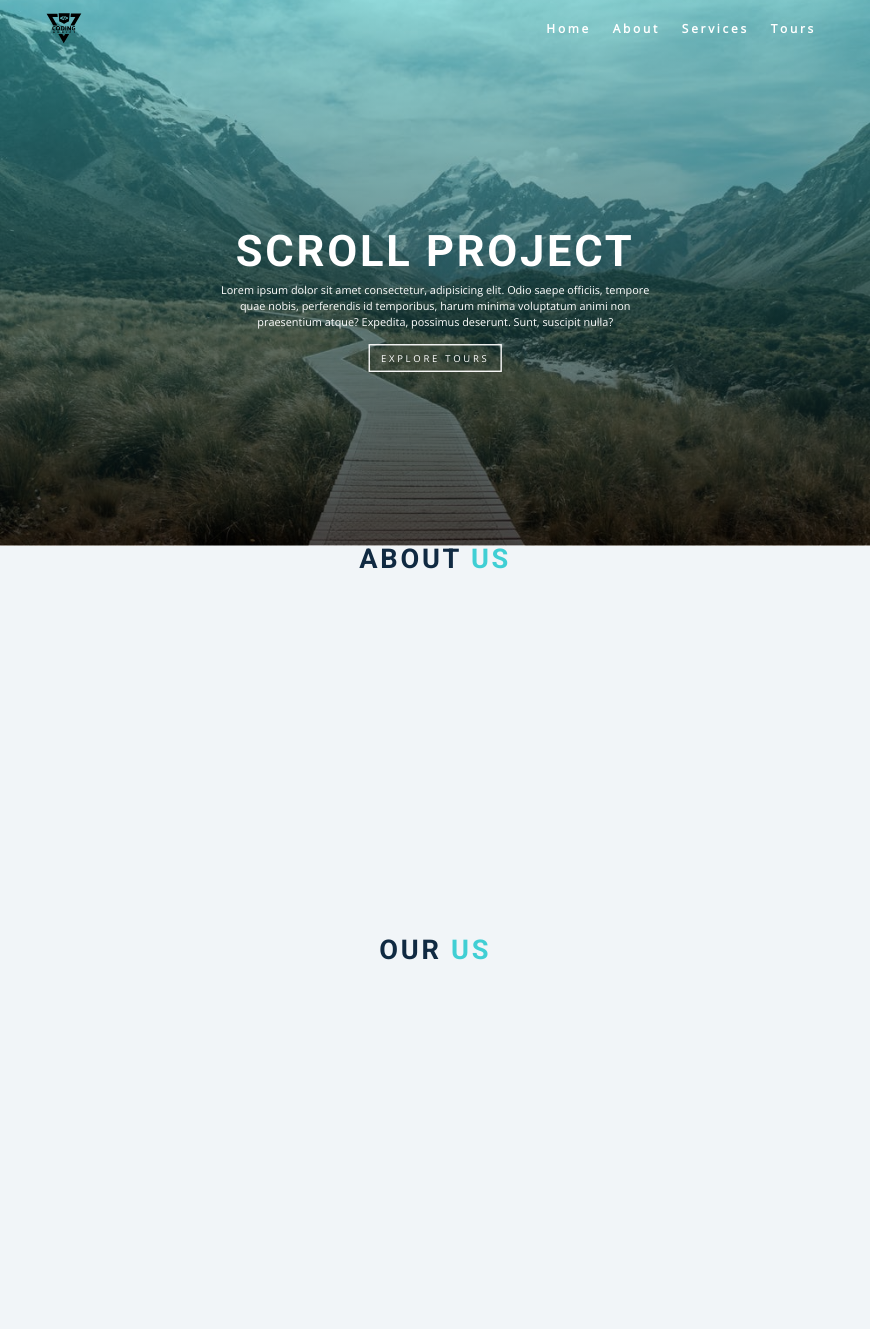
Repository: spidero7/Scroll
Page: index.html
The author's editor kept a copy of each file at every save. The page is drawn from the files as they stood at one save, then again after the next save.
The browser window is 1280 px wide. The pictures show the whole page, at 68% of full size.
Some web libraries are served in a nearby version.

Above is the page before, as saved 2021-10-07 07:41:22.

### index.html
<!DOCTYPE html>
<html lang="en">
<head>
    <meta charset="UTF-8">
    <meta http-equiv="X-UA-Compatible" content="IE=edge">
    <meta name="viewport" content="width=device-width, initial-scale=1.0">
    <title>Scroll</title>
    <link rel="stylesheet" href="styles.css">
    <link rel="stylesheet" href="https://cdnjs.cloudflare.com/ajax/libs/font-awesome/5.14.0/css/all.min.css">
</head>
<body>
    <!-- header  -->
    <header id="home">
        <!-- navbar -->
        <nav id="nav">
            <div class="nav-center">
                <!-- nav header  -->
                <div class="nav-header">
                    <img src="./imgs/logo.svg" alt="logo" class="logo"/>
                    <button class="nav-toggle">
                        <i class="fas fa-bars"></i>
                    </button>
                </div>
                <!-- links -->
                <div class="links-container">
                    <ul class="links">
                        <li>
                          <a href="#home" class="scroll-link">home</a>
                        </li>
                        <li>
                          <a href="#about" class="scroll-link">about</a>
                        </li>
                        <li>
                          <a href="#services" class="scroll-link">services</a>
                        </li>
                        <li>
                          <a href="#tours" class="scroll-link">tours</a>
                        </li>
                      </ul>
                </div>
            </div>
        </nav>
        <!-- banner -->
        <div class="banner">
            <div class="container">
                <h1>scroll project</h1>
                <p>
                    Lorem ipsum dolor sit amet consectetur, adipisicing elit. Odio saepe officiis,
                    tempore quae nobis, perferendis id temporibus, harum minima voluptatum animi non
                    praesentium atque? Expedita, possimus deserunt. Sunt, suscipit nulla?
                </p>
                <a href="#tours" class="scroll-link btn btn-white">
                    explore tours
                </a>
            </div>
        </div>
    </header>
    <!-- about -->
    <section id="about" class="section">
        <div class="title">
            <h2>about <span>us</span></h2>
        </div>
    </section>
    <!-- services -->
    <section id="about" class="section">
        <div class="title">
            <h2>our <span>us</span></h2>
        </div>
    </section>
    <script src="app.js"></script>
</body>
</html>

### styles.css
/*
===============
Fonts
===============
*/
@import url("https://fonts.googleapis.com/css?family=Open+Sans|Roboto:400,700&display=swap");

/*
===============
Variables
===============
*/

:root {
  /* dark shades of primary color*/
  --clr-primary-1: hsl(205, 86%, 17%);
  --clr-primary-2: hsl(205, 77%, 27%);
  --clr-primary-3: hsl(205, 72%, 37%);
  --clr-primary-4: hsl(205, 63%, 48%);
  /* primary/main color */
  --clr-primary-5: #49a6e9;
  /* lighter shades of primary color */
  --clr-primary-6: hsl(205, 89%, 70%);
  --clr-primary-7: hsl(205, 90%, 76%);
  --clr-primary-8: hsl(205, 86%, 81%);
  --clr-primary-9: hsl(205, 90%, 88%);
  --clr-primary-10: hsl(205, 100%, 96%);
  /* darkest grey - used for headings */
  --clr-grey-1: hsl(209, 61%, 16%);
  --clr-grey-2: hsl(211, 39%, 23%);
  --clr-grey-3: hsl(209, 34%, 30%);
  --clr-grey-4: hsl(209, 28%, 39%);
  /* grey used for paragraphs */
  --clr-grey-5: hsl(210, 22%, 49%);
  --clr-grey-6: hsl(209, 23%, 60%);
  --clr-grey-7: hsl(211, 27%, 70%);
  --clr-grey-8: hsl(210, 31%, 80%);
  --clr-grey-9: hsl(212, 33%, 89%);
  --clr-grey-10: hsl(210, 36%, 96%);
  --clr-white: #fff;
  --clr-red-dark: hsl(360, 67%, 44%);
  --clr-red-light: hsl(360, 71%, 66%);
  --clr-green-dark: hsl(125, 67%, 44%);
  --clr-green-light: hsl(125, 71%, 66%);
  --clr-secondary: hsla(182, 63%, 54%);
  --clr-black: #222;
  --ff-primary: "Roboto", sans-serif;
  --ff-secondary: "Open Sans", sans-serif;
  --transition: all 0.3s linear;
  --spacing: 0.25rem;
  --radius: 0.5rem;
  --light-shadow: 0 5px 15px rgba(0, 0, 0, 0.1);
  --dark-shadow: 0 5px 15px rgba(0, 0, 0, 0.2);
  --max-width: 1170px;
  --fixed-width: 620px;
}
/*
===============
Global Styles
===============
*/
html {
  scroll-behavior: smooth;
}
*,
::after,
::before {
  margin: 0;
  padding: 0;
  box-sizing: border-box;
}
body {
  font-family: var(--ff-secondary);
  background: var(--clr-grey-10);
  color: var(--clr-grey-1);
  line-height: 1.5;
  font-size: 0.875rem;
}
ul {
  list-style-type: none;
}
a {
  text-decoration: none;
}
img:not(.logo) {
  width: 100%;
}
img {
  display: block;
}

h1,
h2,
h3,
h4 {
  letter-spacing: var(--spacing);
  text-transform: capitalize;
  line-height: 1.25;
  margin-bottom: 0.75rem;
  font-family: var(--ff-primary);
}
h1 {
  font-size: 3rem;
}
h2 {
  font-size: 2rem;
}
h3 {
  font-size: 1.25rem;
}
h4 {
  font-size: 0.875rem;
}
p {
  margin-bottom: 1.25rem;
  color: var(--clr-grey-5);
}
@media screen and (min-width: 800px) {
  h1 {
    font-size: 4rem;
  }
  h2 {
    font-size: 2.5rem;
  }
  h3 {
    font-size: 1.75rem;
  }
  h4 {
    font-size: 1rem;
  }
  body {
    font-size: 1rem;
  }
  h1,
  h2,
  h3,
  h4 {
    line-height: 1;
  }
}
/*  global classes */

.btn {
  text-transform: uppercase;
  background: transparent;
  color: var(--clr-black);
  padding: 0.375rem 0.75rem;
  letter-spacing: var(--spacing);
  display: inline-block;
  transition: var(--transition);
  font-size: 0.875rem;
  border: 2px solid var(--clr-black);
  cursor: pointer;
  box-shadow: 0 1px 3px rgba(0, 0, 0, 0.2);
  border-radius: var(--radius);
}
.btn:hover {
  color: var(--clr-white);
  background: var(--clr-black);
}
.btn-white {
  color: var(--clr-white);
  border-color: var(--clr-white);
  border-radius: 0;
  padding: 0.5rem 1rem;
}
.btn:hover {
  background: var(--clr-white);
  color: var(--clr-secondary);
}
/* section */
.section {
  padding-bottom: 5rem;
}

.section-center {
  width: 90vw;
  margin: 0 auto;
  max-width: 1170px;
}
@media screen and (min-width: 992px) {
  .section-center {
    width: 95vw;
  }
}
main {
  min-height: 100vh;
  display: grid;
  place-items: center;
}
/*
===============
Scroll
===============
*/
/* navbar */
nav {
  background: var(--clr-white);
  padding: 1rem 1.5rem;
}
/* fixed nav */
.fixed-nav {
  position: fixed;
  top: 0;
  left: 0;
  width: 100%;
  background: var(--clr-white);
  box-shadow: var(--light-shadow);
}
.fixed-nav .links a {
  color: var(--clr-grey-1);
}
.fixed-nav .links a:hover {
  color: var(--clr-secondary);
}
/* .fixed-nav .links-container {
  height: auto !important;
} */
.nav-header {
  display: flex;
  align-items: center;
  justify-content: space-between;
}
.nav-toggle {
  font-size: 1.5rem;
  color: var(--clr-grey-1);
  background: transparent;
  border-color: transparent;
  transition: var(--transition);
  cursor: pointer;
}
.nav-toggle:hover {
  color: var(--clr-secondary);
}
.logo {
  height: 50px;
}
.links-container {
  height: 0;
  overflow: hidden;
  transition: var(--transition);
}
.show-links {
  height: 200px;
}
.links a {
  background: var(--clr-white);
  color: var(--clr-grey-5);
  font-size: 1.1rem;
  text-transform: capitalize;
  letter-spacing: var(--spacing);
  display: block;
  transition: var(--transition);
  font-weight: bold;
  padding: 0.75rem 0;
}
.links a:hover {
  color: var(--clr-grey-1);
}
@media screen and (min-width: 800px) {
  nav {
    background: transparent;
  }
  .nav-center {
    width: 90vw;
    max-width: 1170px;
    margin: 0 auto;
    display: flex;
    align-items: center;
    justify-content: space-between;
  }
  .nav-header {
    padding: 0;
  }
  .nav-toggle {
    display: none;
  }
  .links-container {
    height: auto !important;
  }
  .links {
    display: flex;
  }
  .links a {
    background: transparent;
    color: var(--clr-white);
    font-size: 1.1rem;
    text-transform: capitalize;
    letter-spacing: var(--spacing);
    display: block;
    transition: var(--transition);
    margin: 0 1rem;
    font-weight: bold;
    padding: 0;
  }
  .links a:hover {
    color: var(--clr-white);
  }
}
/* hero */
header {
  min-height: 100vh;
  background: linear-gradient(rgba(63, 208, 212, 0.5), rgba(0, 0, 0, 0.7)),
    url(./imgs/hero-bcg.jpeg) center/cover no-repeat;
}
.banner {
  min-height: 100vh;
  display: grid;
  place-items: center;
  text-align: center;
}
.container h1 {
  color: var(--clr-white);
  text-transform: uppercase;
}
.container p {
  color: var(--clr-white);
  max-width: 25rem;
  margin: 0 auto;
  margin-bottom: 1.25rem;
}
@media screen and (min-width: 768px) {
  .container p {
    max-width: 40rem;
  }
}
/* sections and title */
.title h2 {
  text-align: center;
  text-transform: uppercase;
}
.title span {
  color: var(--clr-secondary);
}
#about,
#services,
#tours {
  height: 80vh;
}
#services {
  background: var(--clr-white);
}
footer {
  background: var(--clr-grey-1);
  padding: 5rem 1rem;
}
footer p {
  color: var(--clr-white);
  text-align: center;
  text-transform: capitalize;
  letter-spacing: var(--spacing);
  margin-bottom: 0;
}

.top-link {
  font-size: 1.25rem;
  position: fixed;
  bottom: 3rem;
  right: 3rem;
  background: var(--clr-secondary);
  width: 2rem;
  height: 2rem;
  display: grid;
  place-items: center;
  border-radius: var(--radius);
  color: var(--clr-white);
  animation: bounce 2s ease-in-out infinite;

  visibility: hidden;
  z-index: -100;
}
.show-link {
  visibility: visible;
  z-index: 100;
}

@keyframes bounce {
  0% {
    transform: scale(1);
  }
  50% {
    transform: scale(1.5);
  }
  100% {
    transform: scale(1);
  }
}

Loaded but not shown: app.js (no stored copy; drawn as an empty file)

After the next save:
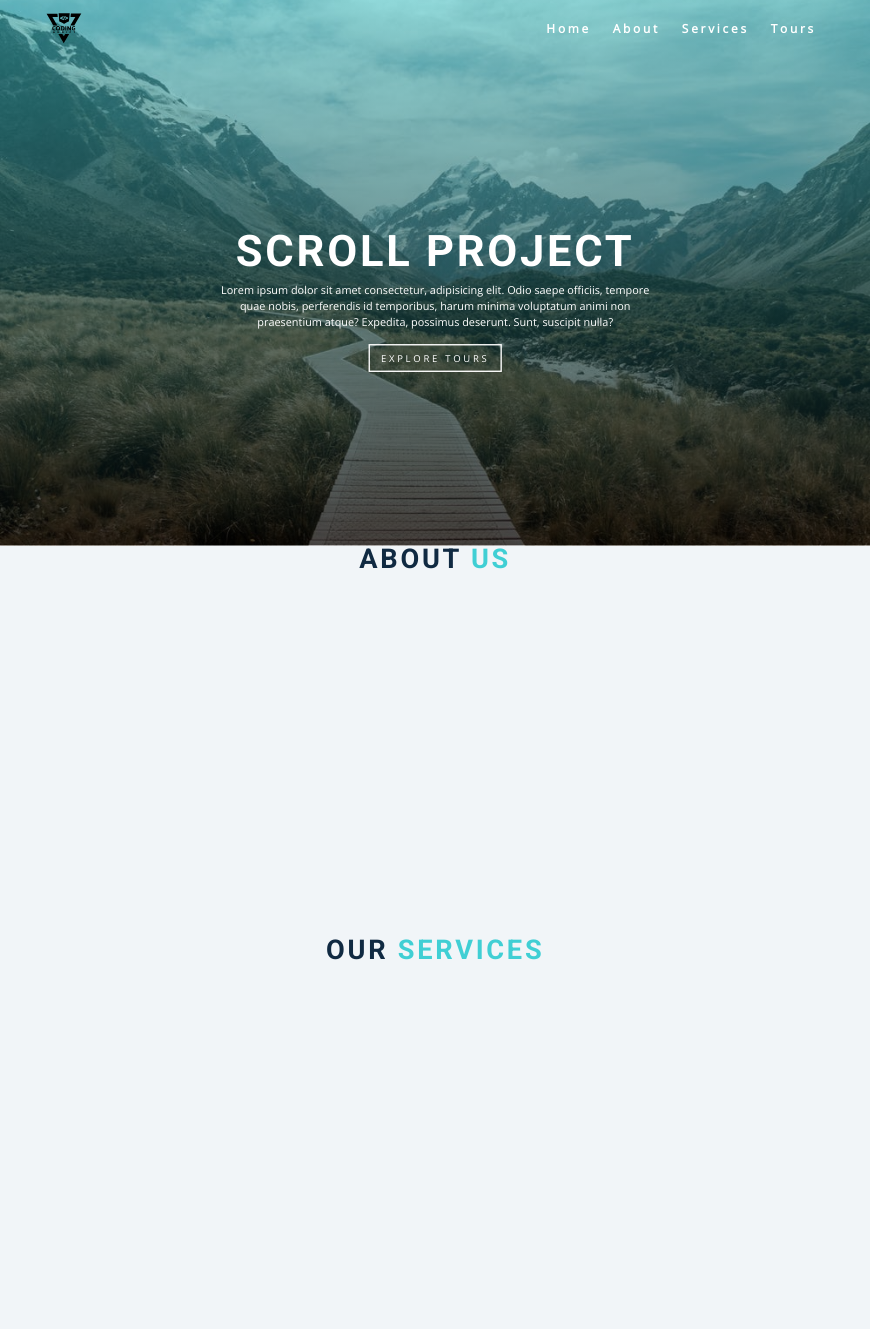
Saved 5 s later.
--- a/index.html
+++ b/index.html
@@ -64,7 +64,7 @@
     <!-- services -->
     <section id="about" class="section">
         <div class="title">
-            <h2>our <span>us</span></h2>
+            <h2>our <span>services</span></h2>
         </div>
     </section>
     <script src="app.js"></script>
